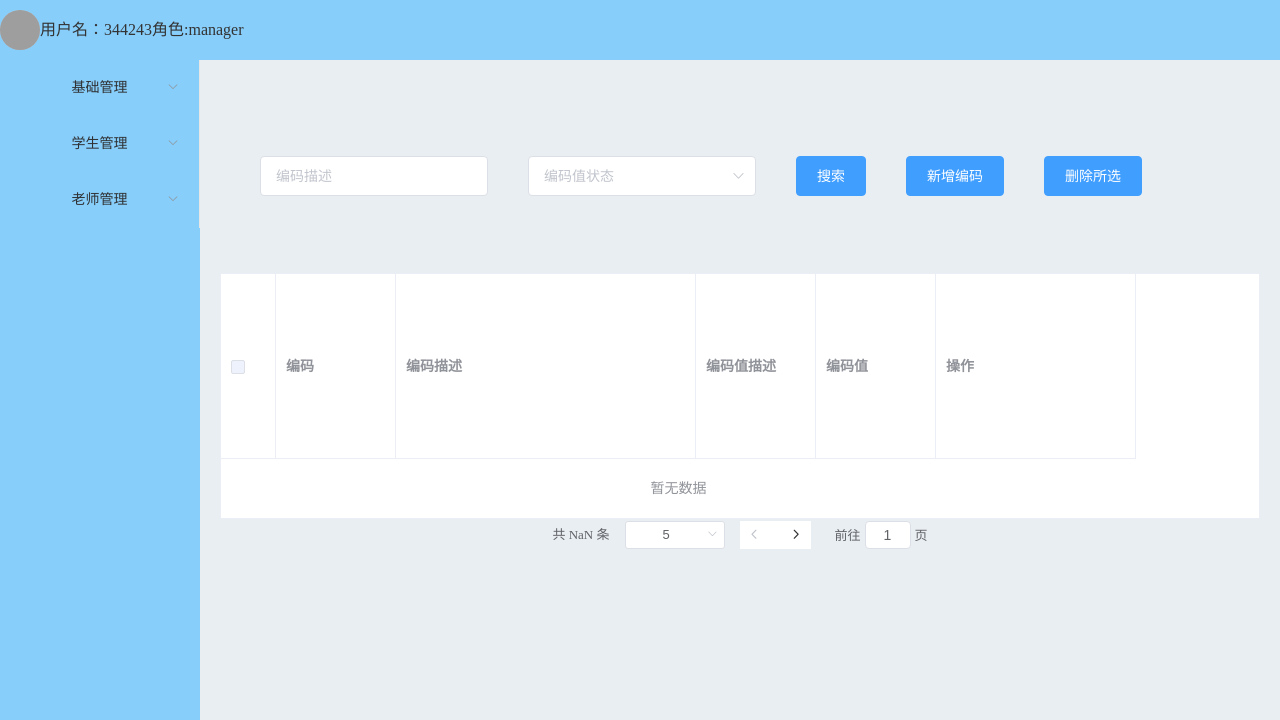
Repository: lwm9704/school-front
Page: /#/code
An editor plug-in stored every save of this project. The page is shown before and after the next save, followed by the edit.
The browser window is 1280 px wide. The pictures show the whole page.
Pictures or frames that could not be fetched are drawn as grey boxes. The page's requests for data from a server got no answer. The project was rebuilt for these pictures with package versions that can differ from the ones it lists, and the page was loaded fresh each time. No one was signed in, and anything a server would have sent is missing. Also part of the build but not shown: src/js/login.js, src/view/login.vue.

Above is the page before, as saved 2021-11-22 14:51:56.

### src/main.js
// The Vue build version to load with the `import` command
// (runtime-only or standalone) has been set in webpack.base.conf with an alias.
import Vue from 'vue'
import App from './App'
import router from './router'
import ElementUI from 'element-ui'
import 'element-ui/lib/theme-chalk/index.css'
import Vuex from 'vuex'
import './assets/css/global.css'

Vue.config.productionTip = false
Vue.use(ElementUI)
Vue.use(Vuex)

/* eslint-disable no-new */
new Vue({
  el: '#app',
  router,
  components: { App },
  template: '<App/>'
})

### src/router/index.js

import Vue from 'vue'
import Router from 'vue-router'
import Login from '@/view/login'
import Home from '../view/home'


Vue.use(Router)

export default new Router({
  routes: [
    {
      path: '/',
      redirect: '/login',
    },
    {
      path: '/login',
      name: 'login',
      component: Login
    },
    {
      path: '/home',
      name: 'home',
      component: Home,
      children: [
        {
          path: '/user',
          name: 'user',
          component: () => import('../view/user')
        },
        {
          path: '/code',
          name: 'code',
          component: () => import('../view/code')
        },
        {
          path: '/course',
          name: 'course',
          component: () => import('../view/course')
        },
        {
          path: '/grade',
          name: 'grade',
          component: () => import('../view/grade')
        },
        {
          path: '/lecture',
          name: 'lecture',
          component: () => import('../view/lecture')
        },
        {
          path: '/member',
          name: 'member',
          component: () => import('../view/member')
        },
        {
          path: '/score',
          name: 'score',
          component: () => import('../view/score')
        },
        {
          path: '/teaching',
          name: 'teaching',
          component: () => import('../view/teaching')
        }
      ]
    },

  ]
})

### src/assets/css/global.css
html,body,#app,.el-container{
  /*设置内部填充为0，几个布局元素之间没有间距*/
  padding: 0px;
  /*外部间距也是如此设置*/
  margin: 0px;
  /*统一设置高度为100%*/
  height: 100%;
  }

### src/view/home.vue
<template>
  <div class="home">
    <el-container class="top">
      <el-header>
        <div class="header">
          <myHeader></myHeader>
        </div>
      </el-header>
      <el-container class="main">
        <el-aside width="200px" class="Aside">
          <leftMenu></leftMenu>
        </el-aside>
        <el-container>
          <el-main>
            <router-view></router-view>
          </el-main>
        </el-container>
      </el-container>
    </el-container>
  </div>
</template>
<script>
import req from "../js/home";
import leftMenu from "../components/leftMenu";
import myHeader from "../components/myHeader";
export default {
  components: {
    leftMenu,
    myHeader,
  },
  data(){
    return{
      userInfo:{
        userId:'12323',
        account:'344243',
        role:"manager"
      }
    }
  },
  mounted(){
    this.getUserInfo();
  },
  methods: {

    //获取并保存用户参数
    getUserInfo(){
      // sessionStorage.setItem("userInfo",JSON.stringify(this.$route.params.userInfo))
      // sessionStorage.setItem(this.userInfo)
    },
    //侧边栏的方法
    handleOpen(key, keyPath) {
      console.log(key, keyPath);
    },
    handleClose(key, keyPath) {
      console.log(key, keyPath);
    },
  },
  mounted() {},
};
</script>
<style lang="scss" scoped>
.el-header {
  background-color: #87cefa;
  color: #333;
  text-align: center;
  line-height: 60px;
  padding: 0;
}

.el-aside {
  background-color: #87cefa;
  color: #333;
  text-align: center;
  line-height: 200px;
}

.el-main {
  background-color: #e9eef3;
  color: #333;
  text-align: center;
  line-height: 160px;
}

body > .el-container {
  margin-bottom: 40px;
}
.home,.top,.main{
  height: 100%;
}
</style>

### src/view/code.vue
<template>
  <div>
    <div class="main-head" :model="search">
      <dl>
        <dd>
          <el-input
            v-model="search.codeDescription"
            placeholder="编码描述"
            clearable
          ></el-input>
        </dd>
      </dl>
      <dl>
        <dd>
          <el-select v-model="search.state" placeholder="编码值状态">
            <el-option
              v-for="item in state"
              :key="item.value"
              :label="item.label"
              :value="item.value"
            ></el-option>
          </el-select>
        </dd>
      </dl>
      <dl>
        <dd>
          <el-button type="primary" @click="searchData">搜索</el-button>
        </dd>
      </dl>
      <dl>
        <dd>
          <el-button type="primary" @click="addCode">新增编码</el-button>
        </dd>
      </dl>
      <dl>
        <dd>
          <el-button type="primary" @click="deleteDetailList"
            >删除所选</el-button
          >
        </dd>
      </dl>
    </div>

    <el-table
      ref="multipleTable"
      :data="tableData"
      tooltip-effect="dark"
      border
      style="width: 100%"
      @selection-change="handleSelectionChange"
    >
      <el-table-column type="selection" width="55"></el-table-column>
      <el-table-column label="编码" prop="codeNo" width="120"></el-table-column>
      <el-table-column
        label="编码描述"
        prop="codeDescription"
        width="300"
      ></el-table-column>
      <el-table-column
        prop="codeValueDescription"
        label="编码值描述"
        width="120"
      ></el-table-column>
      <el-table-column
        prop="codeValue"
        label="编码值"
        width="120"
        show-overflow-tooltip
      ></el-table-column>
      <el-table-column label="操作" width="200">
        <template slot-scope="scope">
          <el-button size="mini" @click="modifyCode(scope.row)"
            >编码编辑</el-button
          >
          <el-button size="mini" @click="addDetail(scope.row)"
            >新增编码详情</el-button
          >
          <el-button size="mini" @click="modifyDetail(scope.row)"
            >编码详情编码</el-button
          >
          <el-button size="mini" @click="deleteDetail(scope.row)"
            >删除编码详情编码</el-button
          >
        </template>
      </el-table-column>
    </el-table>

    <div class="footer">
      <el-pagination
        @size-change="handleSizeChange"
        @current-change="handleCurrentChange"
        :current-page="parseInt(pageInfo.currentPage)"
        :page-sizes="[100, 200, 300, 400]"
        :page-size="parseInt(pageInfo.pageSize)"
        layout="total, sizes, prev, pager, next, jumper"
        :total="parseInt(pageInfo.total)"
      ></el-pagination>
    </div>

    <!--编码-->
    <el-dialog :title="dialogInfo.title" :visible.sync="codeFormVisible">
      <el-form :model="codeForm" :rules="codeRules" :ref="codeForm">
        <el-form-item label="编码" :label-width="formLabelWidth">
          <el-input v-model="codeForm.codeNo" autocomplete="off"></el-input>
        </el-form-item>
        <el-form-item label="编码描述" :label-width="formLabelWidth">
          <el-input v-model="codeForm.description" autocomplete="off"></el-input>
        </el-form-item>
      </el-form>
      <div slot="footer" class="dialog-footer">
        <el-button @click="cancelCodeForm">取 消</el-button>
        <el-button type="primary" @click="saveCodeForm">确 定</el-button>
      </div>
    </el-dialog>
    <!--编码详情-->
    <el-dialog :title="dialogInfo.title" :visible.sync="detailFormVisible">
      <el-form :model="detailForm" :rules="detailRules" :ref="detailForm">
        <el-form-item label="编码值" :label-width="formLabelWidth">
          <el-input v-model="detailForm.codeValue" autocomplete="off"></el-input>
        </el-form-item>
        <el-form-item label="编码值描述" :label-width="formLabelWidth">
          <el-input v-model="detailForm.codeValueDescribe" autocomplete="off"></el-input>
        </el-form-item>
        <el-form-item label="状态" :label-width="formLabelWidth">
          <el-select v-model="detailForm.state" clearable placeholder="请选择">
            <el-option
              v-for="item in state"
              :key="item.value"
              :label="item.label"
              :value="item.value"
            ></el-option>
          </el-select>
        </el-form-item>
      </el-form>
      <div slot="footer" class="dialog-footer">
        <el-button @click="cancelDetailForm">取 消</el-button>
        <el-button type="primary" @click="saveDetailForm">确 定</el-button>
      </div>
    </el-dialog>
  </div>
</template>
<script>
import req from "../js/code";
export default {
  data() {
    return {
      //表内容数据
      tableData: [],
      multipleSelection: [],
      //显示页面条数
      pageInfo: {
        currentPage: "",
        total: "",
        pageSize: "",
      },
      dialogInfo: {
        type: "",
        title: "",
      },
      //编码表单
      codeFormVisible: false,
      codeForm: {
        codeNo: "",
        description: "",
      },
      codeRules: {
        code: [{ required: true, message: "请输入编码", trigger: "blur" }],
      },
      //详情表单
      detailFormVisible: false,
      detailForm: {
        codeValue: "",
        codeValueDescribe: "",
        state: "",
      },
      detailRules: {
        codeValue: [{ required: true, message: "请输入编码值", trigger: "blur" }],
        state: [{ required: true, message: "请选择状态", trigger: "blur" }],
      },
      formLabelWidth: "120px",
      //搜索，按钮
      search: {
        codeDescription: "",
        state: "",
        offset:"",
        limit:"",
      },
      state: [
        {
          value: 0,
          label: "禁用",
        },
        {
          value: 1,
          label: "启用",
        },
      ],
    };
  },
  mounted() {
    this.fetch();
  },
  methods: {
    //侧边栏的方法
    handleOpen(key, keyPath) {
      console.log(key, keyPath);
    },
    handleClose(key, keyPath) {
      console.log(key, keyPath);
    },
    //多选
    handleSelectionChange(row) {
      this.multipleSelection = row;
    },

    //选页的相关方法
    handleSizeChange(pageSize) {
      this.pageInfo.pageSize = pageSize;
      console.log(`每页 ${pageSize} 条`);
    },
    handleCurrentChange(currentPage) {
      this.pageInfo.currentPage = currentPage;
      console.log(`当前页: ${currentPage}`);
    },
    //刷新页面
    fetch() {
      this.pageInfo.pageSize = 5;
      this.pageInfo.currentPage = 1;
      this.searchData();
    },
    //搜索
    searchData() {
      this.search.offset = this.pageInfo.currentPage;
      this.search.limit = this.pageInfo.pageSize;
      req("selectData", {
        ...this.search
      }).then((data) => {
        console.log(data.data);
        this.tableData = data.data.list;
        // this.pageInfo.pageSize = data.data.offset;
        // this.pageInfo.currentPage = data.data.limit;
        // this.pageInfo.total = data.data.total;
      });
    },
    //重置
    reset() {
      this.fetch();
      console.log("重置按钮被点击了");
    },
    addCode() {
      this.dialogInfo.type = "addCode";
      this.dialogInfo.title = "新增编码";
      this.codeFormVisible = true;
    },
    modifyCode(row) {
      this.codeForm = row;
      this.dialogInfo.type = "modifyCode";
      this.dialogInfo.title = "修改编码";
      this.codeFormVisible = true;
    },
    addDetail(row) {
      this.detailForm.codeId = row.codeId;
      this.dialogInfo.type = "addDetail";
      this.dialogInfo.title = "新增编码详情";
      console.log()
    },
    modifyDetail(row) {
      this.detailForm.codeId = row.codeId;
      this.detailForm.value = row.value;
      this.detailForm.describe = row.describe;
      this.detailForm.state = row.state;
      this.dialogInfo.type = "modifyDetail";
      this.dialogInfo.title = "修改编码值";
      this.detailFormVisible = true;
    },
    saveCodeForm() {
      this.$refs[this.codeForm].validate((valid) => {
        // console.log(this.$refs[this.codeForm])\
        console.log(this.dialogInfo.type)
        if (valid) {
          if (this.dialogInfo.type === "addCode") {
            console.log(2)
            req("insertData", { ...this.codeForm }).then((data) => {
              console.log(data.data);
              if (data.code === 1) {
                this.$message.success(data.msg);
                this.fetch();
                this.$refs[this.codeForm].resetFields();
                this.codeFormVisible = false;
              } else {
                this.$message.error(data.data.msg);
              }
            });
          }
          if (this.dialogInfo.type === "modifyCode") {
            req("updateData", { ...codeForm }).then((data) => {
              console.log(data.data);
              if (data.data.code === 1) {
                this.$message.success(data.data.msg);
                this.fetch();
                this.$refs[this.codeForm].resetFields();
                this.codeFormVisible = false;
              } else {
                this.$message.error(data.data.msg);
              }
            });
          }
        }
      });
    },
    cancelCodeForm() {
      this.$refs[this.codeForm].resetFields();
      this.codeFormVisible = false;
    },

    saveDetailForm() {
      this.$refs[this.detailForm].validate((valid) => {
        if (valid) {
          if (this.dialogInfo.type === "addDetail") {
            req("insertDetailData", { ...this.detailForm }).then((data) => {
              console.log(data.data);
              if (data.data.code === 1) {
                this.$message.success(data.data.msg);
                this.fetch();
                this.$refs[this.detailForm].resetFields();
                this.detailFormVisible = false;
              } else {
                this.$message.error(data.data.msg);
              }
            });
          }
          if (this.dialogInfo.type === "modifyDetail") {
            req("updateDetailData", { ...detailForm }).then((data) => {
              console.log(data.data);
              if (data.data.code === 1) {
                this.$message.success(data.data.msg);
                this.fetch();
                this.$refs[this.detailForm].resetFields();
                this.detailFormVisible = false;
              } else {
                this.$message.error(data.data.msg);
              }
            });
          }
        }
      });
    },
    cancelDetailForm() {
      this.$refs[this.detailForm].resetFields();
      this.detailFormVisible = false;
    },

    deleteDetail(row) {
      this.$confirm("此操作将永久删除该文件,是否继续?").then(() => {
        let codeDetailId = row.codeDetailId.toString();
        req("deleteDetailData", { codeDetailId: codeDetailId }).then((data) => {
          this.$message.success(data.data.msg);
          this.fetch();
        });
      });
    },
    deleteDetailList() {
      if (this.multipleSelection.length === 0) {
        this.$message.info("请选择需要删除的数据");
        return;
      }
      this.$confirm("此操作将永久删除该文件,是否继续?").then(() => {
        let codeDetailIdList = this.multipleSelection
          .map((item) => {
            return item.codeDetailId;
          })
          .toString();
        req("deleteDetailData", { codeDetailId: codeDetailIdList }).then(
          (data) => {
            this.$message.success(data.data.msg);
            this.fetch();
          }
        );
      });
    },
  },
};
</script>

<style lang="scss" scoped>
.main-head {
  display: flex;
  flex-direction: row;
}
</style>

### src/js/home.js
import req from "../fect/rquestConfig";

const config = {
    getUserInfo: {
        url: '/user/selectOfCondition',
        method: 'get'
    },
}
const request = function (funcName, requestParam) {
    return req(config[funcName].url, config[funcName].method, requestParam, {}, config[funcName].fileConfig)
}
export default request

### src/components/leftMenu.vue
<template>
  <div>
    <el-menu
      class="el-menu-vertical-demo"
      :default-active="this.$router.path"
      router
      background-color="#87CEFA"
      @open="handleOpen"
      @close="handleClose"
    >
      <el-submenu
        v-for="(item, index) in menuList"
        :index="index + ''"
        :key="item.labe"
      >
        <template slot="title">{{ item.labe }}</template>
        <div v-if="item.children">
          <el-menu-item
            v-for="items in item.children"
            :index="items.path"
            :key="items.path"
          >
            <template slot="title">
              {{ items.labe }}
            </template>
          </el-menu-item>
        </div>
      </el-submenu>
    </el-menu>
  </div>
</template>

<script>
// import router from 'vue-router'
export default {
  name: "leftMenu",
  props: [],
  data() {
    return {
      menuList: [
        {
          index: "1",
          labe: "基础管理",
          children: [
            {
              index: "1 - 1",
              labe: "编码管理",
              path: "/code",
            },
            {
              index: "1 - 2",
              labe: "用户管理",
              path: "/user",
            },
            {
              index: "1 - 3",
              labe: "班级管理",
              path: "/grade",
            },
            {
              index: "1 - 4",
              labe: "课程管理",
              path: "/course",
            },
          ],
        },
        {
          index: "2",
          labe: "学生管理",
          children: [
            {
              index: "2 - 1",
              labe: "学生家庭成员管理",
              path: "/member",
            },
            {
              index: "2 - 2",
              labe: "考试成绩管理",
              path: "/score",
            },
          ],
        },
        {
          index: "3",
          labe: "老师管理",
          children: [
            {
              index: "3 - 1",
              labe: "教学管理",
              path: "/teaching",
            },
            {
              index: "3 - 2",
              labe: "授课管理",
              path: "/lecture",
            },
          ],
        },
      ],
    };
  },
  methods: {
    // handlerSelect(key, path) {
    // console.log(key,path)
    // if (path !== this.$route.path) {
    //   this.$router.replace({path:'path'});
    //   // this.$router.push({path: key, query: {}})
    // }
    // // this.$router.push({name: key, params: {}})
    // console.log(key);
    // console.log(path);
    // this.$emit('select', key,path);
    // },
    handleOpen(key, keyPath) {
      console.log(key, keyPath);
    },
    handleClose(key, keyPath) {
      console.log(key, keyPath);
    },
  },
};
</script>

<!-- Add "scoped" attribute to limit CSS to this component only -->
<style scoped>
</style>

### src/components/myHeader.vue
<template>
  <div class="myHeader">
    <div class="userInfo">
      <div class="avatar">
        <el-avatar
          src="https://cube.elemecdn.com/0/88/03b0d39583f48206768a7534e55bcpng.png"
        ></el-avatar>
      </div>
      <div class="charInfo">
        <span>用户名：{{this.userInfo.account}}</span>
        <span>角色:{{this.userInfo.role}}</span>
      </div>
    </div>
  </div>
</template>
<script>
export default {
  name: "myHeader",
  props: [],
  data() {
    return {
      userInfo: {
        userId: "12323",
        account: "344243",
        role: "manager",
      },
    };
  },
  methods: {
    getUserInfo() {
      // this.userInfo = JSON.parse(sessionStorage.getItem('userInfo'))
    },
  },
  mounted() {
    this.getUserInfo();
  },
};
</script>
<style lang="scss" scoped>
.myHeader{
  background-color:#87CEFA;
  height: 60px;
}
.userInfo {
    display: flex;
    flex-direction: row;
    height: 60px;
    .avatar{
      padding-top: 10px;
    }
}
</style>

### src/js/code.js
import req from '../fect/rquestConfig'
const config = {
    selectData: {
        url: '/code/queryAll',
        method: 'get'
    },
    insertData: {
        url: '/code/insertCode',
        method: 'post'
    },
    updateData: {
        url: '/code/updateCode',
        method: 'post'
    },
    deleteData: {
        url: '/code/deleteCodeById',
        method: 'post'
    },

    selectDetailData: {
        url: '/codeDetailed/queryAll',
        method: 'get'
    },
    insertDetailData: {
        url: '/codeDetailed/insertCodeDetailed',
        method: 'post'
    },
    updateDetailData: {
        url: '/codeDetailed/updateCodeDetailed',
        method: 'post'
    },
    deleteDetailData: {
        url: "/codeDetailed/deleteCodeDetailedById",
        method: 'post'
    }
}
const request = function (funcName, requestParam) {
    return req(config[funcName].url, config[funcName].method, requestParam, {}, config[funcName].fileConfig)
}
export default request

### src/fect/rquestConfig.js
import axios from 'axios'
import { throwErr } from './throwErr'

// const urlHead = 'http://305o99f251.wicp.vip'
const urlHead = '/api'
const qs = require('qs')

/**
 *
 * @param {String} url 请求路径
 * @param {String} method 请求方法
 * @param {Object} params 请求参数
 * @param {Object} requestHeader 请求头
 * @param {Object} fileConfig ---> {type, fileName} 导出配置 ---> 导出类型, 文件名称
 */
const req = function (url, method, params, requestHeader, fileConfig = {}) {

    Proxy:{
        '/js'
    }
    let instance = axios.create({
        baseURL: urlHead,
        timeout: 60000
    })

    // 添加请求拦截器
    instance.interceptors.request.use(config => {
        return config
    }, error => {
        return Promise.reject(error)
    })

    let requestConfig = {
        url: url,
        method: method,
        //将header、params、token复制到目标
        // params: Object.assign({}, params, { access_token: JSON.parse(sessionStorage.getItem('userInfo')).access_token }),
        // data: qs.stringify(Object.assign({}, params, { access_token: JSON.parse(sessionStorage.getItem('userInfo')).access_token })),
        params: Object.assign({}, params),
        data:qs.stringify(Object.assign({},params)),
        headers: {},
        responseType: fileConfig.type === 'file' ? 'blob' : ''
    }

    let getReg = /get|GET/
    let postReg = /post|POST/

    let fileData = {}

    let timer = null

    // 请求类型为导出时，添加vuex状态管理，定时修改vuex对应记录，请求完成或者请求报错时，停止定时器
    if (fileConfig.type === 'file') {
        fileData = {
            fileId: new Date().getTime(),
            fileName: fileConfig.fileName,
            fileLoadTime: 0,
            fileStatus: 'downloading',
            errorInfo: '',
            fileUrl: null
        }

    }

    if (getReg.test(requestConfig.method)) {
        delete requestConfig.data
        requestConfig.headers['Content-Type'] = 'application/json'
    } else if (postReg.test(requestConfig.method)) {
        delete requestConfig.params
        requestConfig.headers['Content-Type'] = 'application/x-www-form-urlencoded'
    }

    // 添加响应拦截器
    instance.interceptors.response.use(response => {
        clearInterval(timer)
        timer = null

        if (response.status === 200) {
            if (fileConfig.type === 'file') {
                fileData.fileStatus = 'success'
                fileData.fileUrl = window.URL.createObjectURL(new Blob([response.data]))
                // store.commit('changeExportFileList', fileData)
            }

            return response.data
        } else {
            if (fileConfig.type === 'file') {
                fileData.fileStatus = 'error'
                // store.commit('changeExportFileList', fileData)
            }

            throw new Error(throwErr(response))
        }
    }, error => {
        clearInterval(timer)
        timer = null

        if (fileConfig.type === 'file') {
            fileData.fileStatus = 'error'
            // store.commit('changeExportFileList', fileData)
        }

        return Promise.reject(error)
    })

    return instance(requestConfig)
}

export default req

### src/fect/throwErr.js
// axios错误信息匹配
export const throwErr = (response) => {
    let message = '请求错误'
    switch (response.status) {
        case 400:
            message = '请求错误'
            break
        case 401:
            message = '未授权，请登录'
            break
        case 403:
            message = '拒绝访问'
            break
        case 404:
            message = `请求地址出错: ${response.config.url}`
            break
        case 408:
            message = '请求超时'
            break
        case 500:
            message = '服务器内部错误'
            break
        case 501:
            message = '服务未实现'
            break
        case 502:
            message = '网关错误'
            break
        case 503:
            message = '服务不可用'
            break
        case 504:
            message = '网关超时'
            break
        case 505:
            message = 'HTTP版本不受支持'
            break
        default:
    }
    return '错误码:' + response.status + ' ' + '错误信息:' + message
}

Loaded but not shown: index.html (common file); src/App.vue (common file)

After the next save:
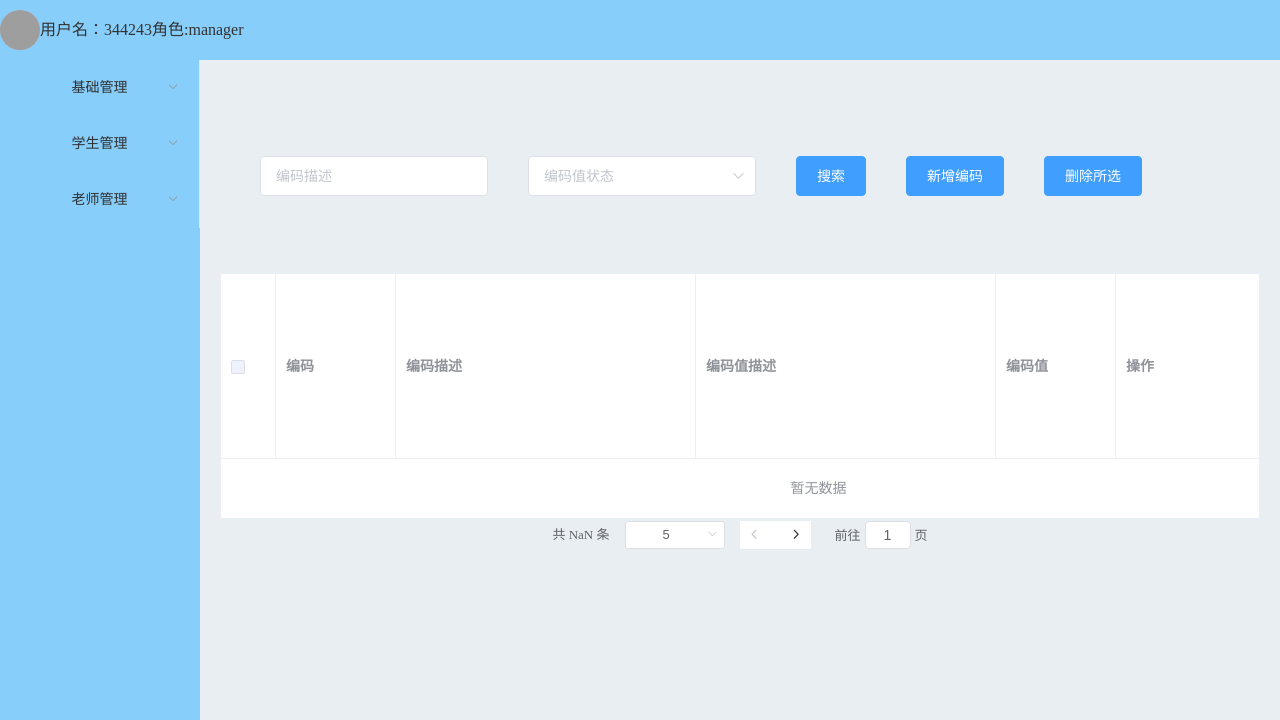
Saved 15 s later.
--- a/src/view/code.vue
+++ b/src/view/code.vue
@@ -59,7 +59,7 @@
       <el-table-column
         prop="codeValueDescription"
         label="编码值描述"
-        width="120"
+        width="300"
       ></el-table-column>
       <el-table-column
         prop="codeValue"
@@ -67,7 +67,7 @@
         width="120"
         show-overflow-tooltip
       ></el-table-column>
-      <el-table-column label="操作" width="200">
+      <el-table-column label="操作" width="300">
         <template slot-scope="scope">
           <el-button size="mini" @click="modifyCode(scope.row)"
             >编码编辑</el-button
